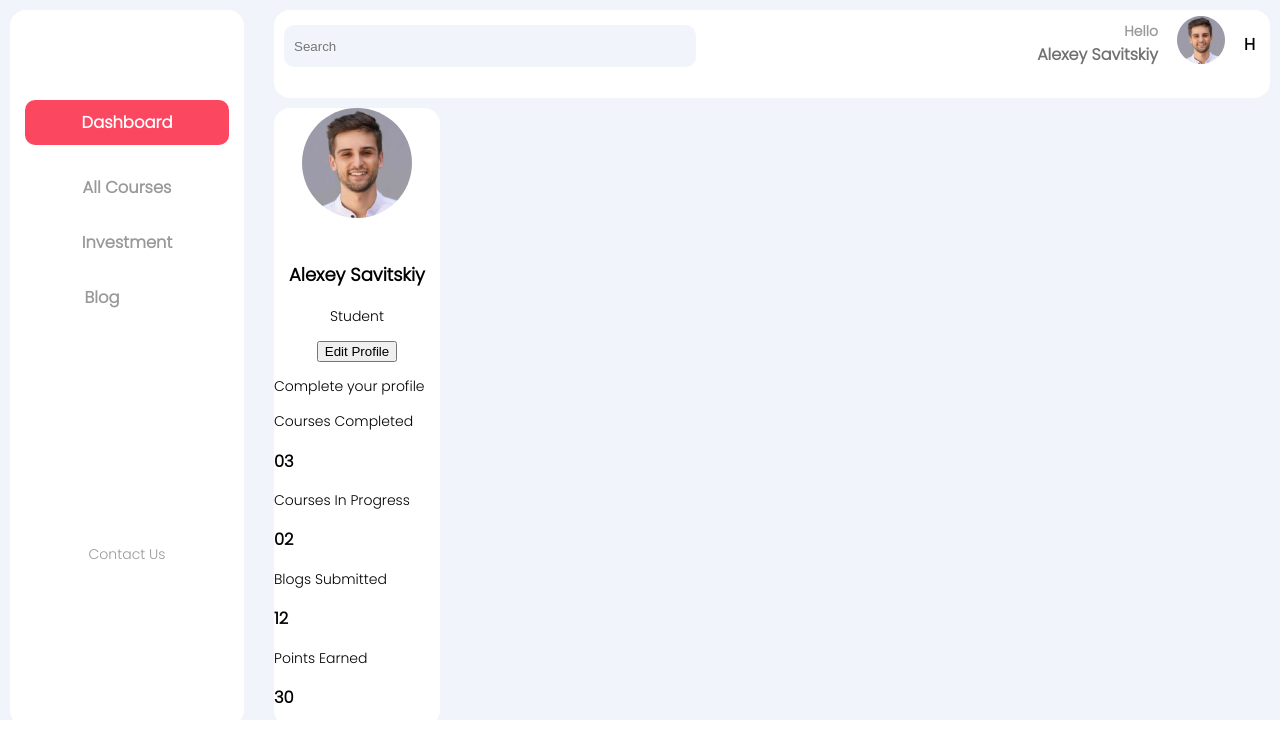
Repository: Anuruddha00/dashboard-design
Page: /
These files come from the project's save history. The page is drawn as it stood at one moment and after a run of saves; the edit follows.
The browser window is 1280 px wide. The pictures show the whole page.
The project was rebuilt for these pictures with package versions that can differ from the ones it lists, and the page was loaded fresh each time.

Above is the page before, as saved 2021-05-07 13:32:53.

### public/index.html
<!DOCTYPE html>
<html lang="en">
  <head>
    <meta charset="utf-8" />
    <link rel="icon" href="%PUBLIC_URL%/favicon.ico" />
    <meta name="viewport" content="width=device-width, initial-scale=1" />
    <meta name="theme-color" content="#000000" />
    <meta
      name="description"
      content="Web site created using create-react-app"
    />
    <link rel="apple-touch-icon" href="%PUBLIC_URL%/logo192.png" />

    <link rel="preconnect" href="https://fonts.gstatic.com">
    <link href="https://fonts.googleapis.com/css2?family=Poppins:wght@300&display=swap" rel="stylesheet">

    <!--
      manifest.json provides metadata used when your web app is installed on a
      user's mobile device or desktop. See https://developers.google.com/web/fundamentals/web-app-manifest/
    -->
    <link rel="manifest" href="%PUBLIC_URL%/manifest.json" />
    <!--
      Notice the use of %PUBLIC_URL% in the tags above.
      It will be replaced with the URL of the `public` folder during the build.
      Only files inside the `public` folder can be referenced from the HTML.

      Unlike "/favicon.ico" or "favicon.ico", "%PUBLIC_URL%/favicon.ico" will
      work correctly both with client-side routing and a non-root public URL.
      Learn how to configure a non-root public URL by running `npm run build`.
    -->
    <title>React App</title>
  </head>
  <body>
    <noscript>You need to enable JavaScript to run this app.</noscript>
    <div id="root"></div>
    <!--
      This HTML file is a template.
      If you open it directly in the browser, you will see an empty page.

      You can add webfonts, meta tags, or analytics to this file.
      The build step will place the bundled scripts into the <body> tag.

      To begin the development, run `npm start` or `yarn start`.
      To create a production bundle, use `npm run build` or `yarn build`.
    -->
  </body>
</html>

### src/index.js
import React from 'react';
import ReactDOM from 'react-dom';
import Dashboard from './containers/Dashboard/Dashboard';
import reportWebVitals from './reportWebVitals';

ReactDOM.render(
  <React.StrictMode>
    <Dashboard />
  </React.StrictMode>,
  document.getElementById('root')
);

// If you want to start measuring performance in your app, pass a function
// to log results (for example: reportWebVitals(console.log))
// or send to an analytics endpoint. Learn more: https://bit.ly/CRA-vitals
reportWebVitals();

### src/containers/Dashboard/Dashboard.js
import React from 'react';
import './Dashboard.scss';

const dashboard = () =>{

    return(
        <div className='container'>
            <div className='dashboard'>
                <div className='dashboardSideBar'>
                   <div className='dashboardSideBarTitle'>
                        <h3 className='dashboardSideBarTitleDashboard'>Dashboard</h3>
                        <h3 className='dashboardSideBarTitleCourses'>All Courses</h3>
                        <h3 className='dashboardSideBarTitleInvestment'>Investment</h3>
                        <h3 className='dashboardSideBarTitleBlog'>Blog</h3>
                   </div>
                   <div className='dashboardSideBarContact'>
                        <p>Contact Us</p>
                   </div>
                </div>
                <div className='dashboardMenu'>
                    <section className='content'>
                        <nav className='contentNavbar'>
                            <div className='contentNavbarSearch'>
                                <form>
                                    <input type='text' placeholder='Search'/>
                                </form>
                            </div>
                            <div className='contentNavbarProfile'>
                                <div className='contentNavbarProfileName'>
                                    <h3>Hello</h3>
                                    <h2>Alexey Savitskiy</h2>
                                </div>
                                <img src='./assets/Image 9.png'/>
                                <h1>H</h1>
                            </div>
                        </nav>
                        <div className='contentBody'>
                            <section className='details'>
                                <div className='detailsAbout'>
                                    <div className='detailsAboutProfile'>
                                        <img src='./assets/Image 12.png'/>
                                        <h3>Alexey Savitskiy</h3>
                                        <p>Student</p>
                                        <button>Edit Profile</button>
                                    </div>
                                    <div>
                                        <p>Complete your profile</p>
                                    </div>
                                    <div>
                                        <div>
                                            <p>Courses Completed</p>
                                            <h1>03</h1>
                                        </div>
                                        <div>
                                            <p>Courses In Progress</p>
                                            <h1>02</h1>
                                        </div>
                                        <div>
                                            <p>Blogs Submitted</p>
                                            <h1>12</h1>
                                        </div>
                                        <div>
                                            <p>Points Earned</p>
                                            <h1>30</h1>
                                        </div>
                                    </div>
                                </div>
                            </section>
                        </div>
                   </section>
                </div>
            </div>
        </div>
    )

}
export default dashboard;

### src/containers/Dashboard/Dashboard.scss

body{
    margin: 0;
    padding: 0;
    font-size: 0.875rem;
    font-family: 'Poppins', sans-serif;

}

.container{
    background: #f1f5fb;
    height: 100vh;

    .dashboard{
        display: grid;
        grid-template-columns: 1fr 4fr;
        gap:10px;
        grid-auto-rows: minmax(100px, auto);

        &SideBar{
            grid-column: 1;
            grid-row: 1 / 6;
            border-radius: 16px;
            background: #ffffff;
            margin: 10px;

            &Title{
                margin-top: 90px;
                font-size: 14px;

                &Dashboard{
                    background:#fc4760;
                    border-radius: 10px;
                    text-align: center;
                    padding: 10px 10px 10px 10px;
                    margin: 10px 15px 10px 15px;
                    color: #ffffff;

                }
                &Courses{
                    text-align: center;
                    margin-top: 30px;
                    color: #9a9999;
                }
                &Investment{
                    text-align: center;
                    margin-top: 30px;
                    color: #9a9999;
                }
                &Blog{
                    text-align: center;
                    margin-top: 30px;
                    margin-right: 50px;
                    color: #9a9999;
                }
            }
            &Contact{
                margin-top: 100%;

                p{
                    text-align: center;
                    color: #9a9999;
                    margin-bottom: 40px;
                }

            }
        }
        &Menu{
            // border: 1px solid red;
            grid-column: 2;
            grid-row: 1 / 6;
            margin: 10px;

            .content{
                display: grid;
                grid-template-rows:1fr 7fr ;
                gap:10px;

                &Navbar{
                    display: grid;
                    grid-template-columns: 1fr 1fr;
                    background: #ffffff;
                    border-radius: 16px;

                    &Search{

                        input{
                            background: #f1f5fb;
                            border-style: none;
                            padding-left: 10px;
                            width: 400px;
                            height: 40px;
                            margin: 15px 0 0 10px;
                            border-radius: 10px;

                        }
                    }
                    &Profile{
                        display: flex;
                        flex-direction: row;
                        justify-content: flex-end;
                        gap: 1em;
                        margin-right: 15px;
                        align-items: center;
                        height: 68px;

                        &Name{
                            text-align: end;
                            margin-top: 0;

                            h3{
                                color: #9a9999;
                                margin: 0;
                                font-size: 14px;
                            }
                            h2{
                                margin: 0;
                                font-size: 16px;
                                color: #707070;
                            }
                        }
                    }
                }
                &Body{
                    display: grid;
                    grid-template-columns: 1fr 3fr 2fr;

                    .details{
                        border-radius: 16px;
                        background: #ffffff;

                        &About{

                            &Profile{
                                text-align: center;

                                h3{
                                    font-size: 18px;
                                }
                            }
                        }
                    }
                }
            }
        }
    }
}

Loaded but not shown: src/reportWebVitals.js (common file)

After the next 2 saves:
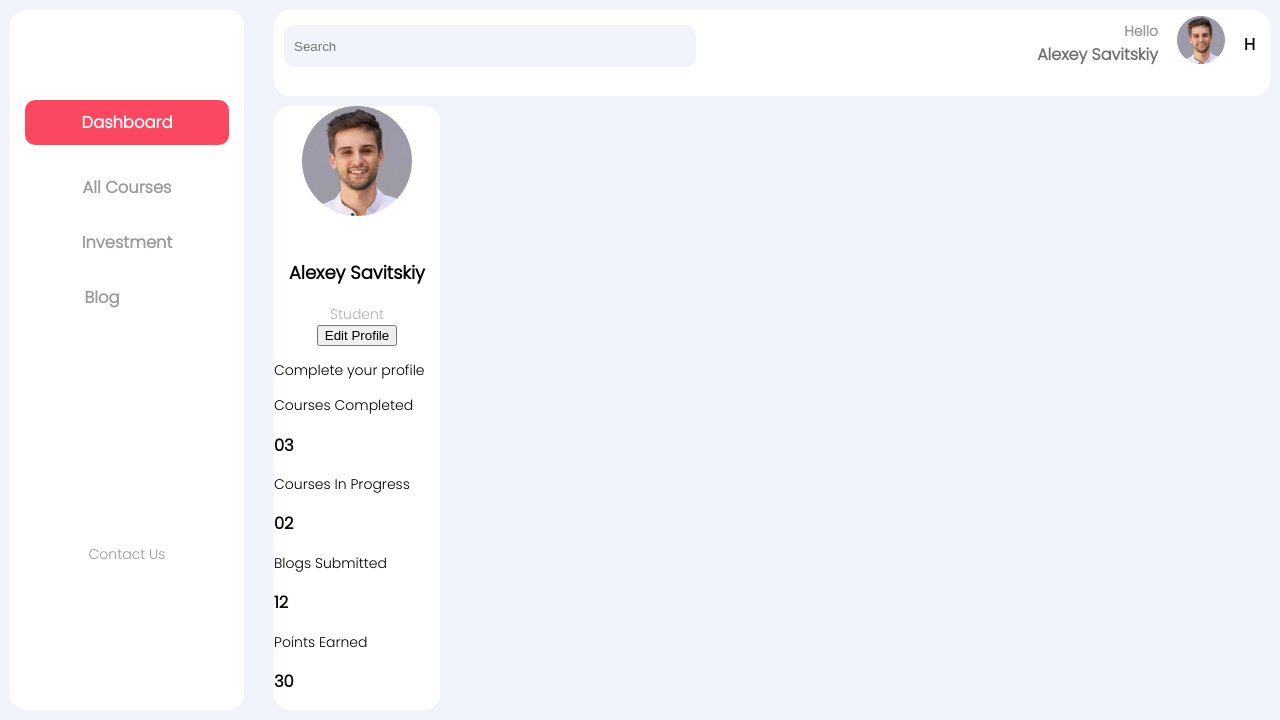
The 2 saves are shown as one change because 1 did not build or start.
The last was saved 53 s later.
--- a/src/containers/Dashboard/Dashboard.scss
+++ b/src/containers/Dashboard/Dashboard.scss
@@ -137,6 +137,10 @@ body{
                                 h3{
                                     font-size: 18px;
                                 }
+                                p{
+                                    color: #b0b2b5;
+                                    margin: 0;
+                                }
                             }
                         }
                     }

After the save that followed:
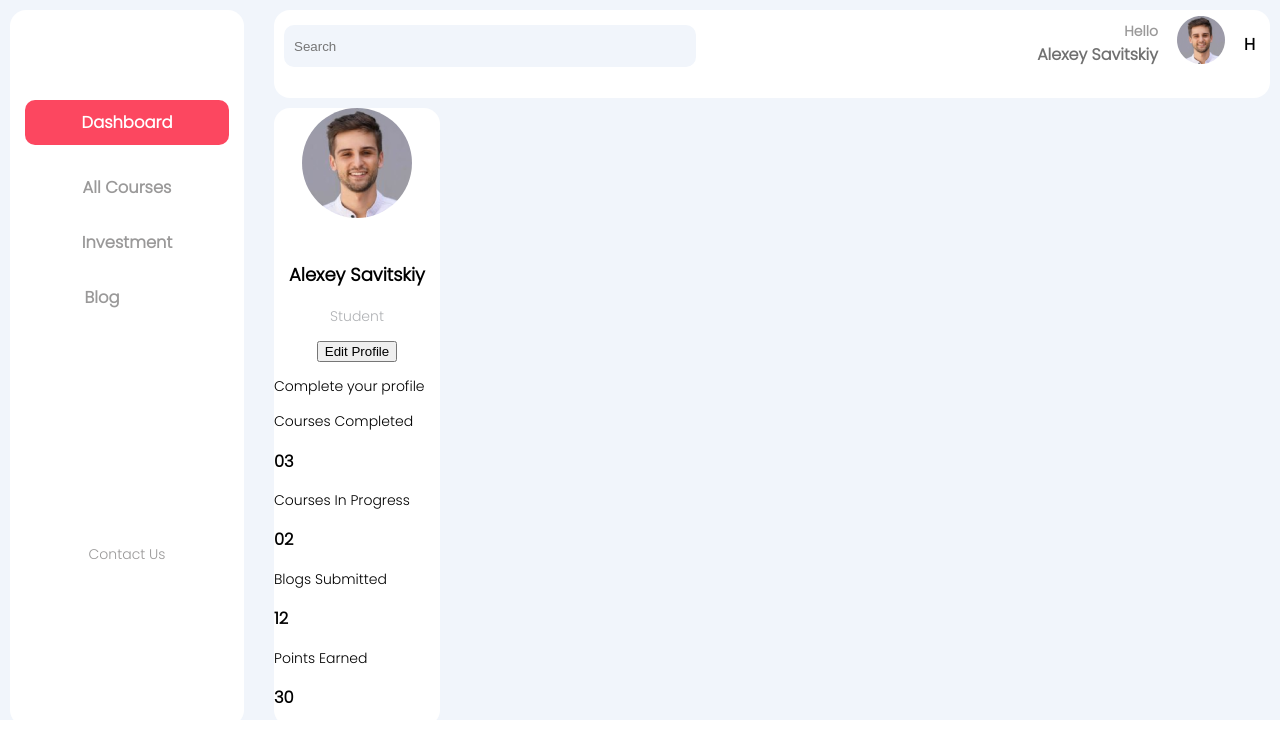
Saved 17 s later.
--- a/src/containers/Dashboard/Dashboard.scss
+++ b/src/containers/Dashboard/Dashboard.scss
@@ -139,7 +139,7 @@ body{
                                 }
                                 p{
                                     color: #b0b2b5;
-                                    margin: 0;
+                                    margin-top: 0;
                                 }
                             }
                         }
